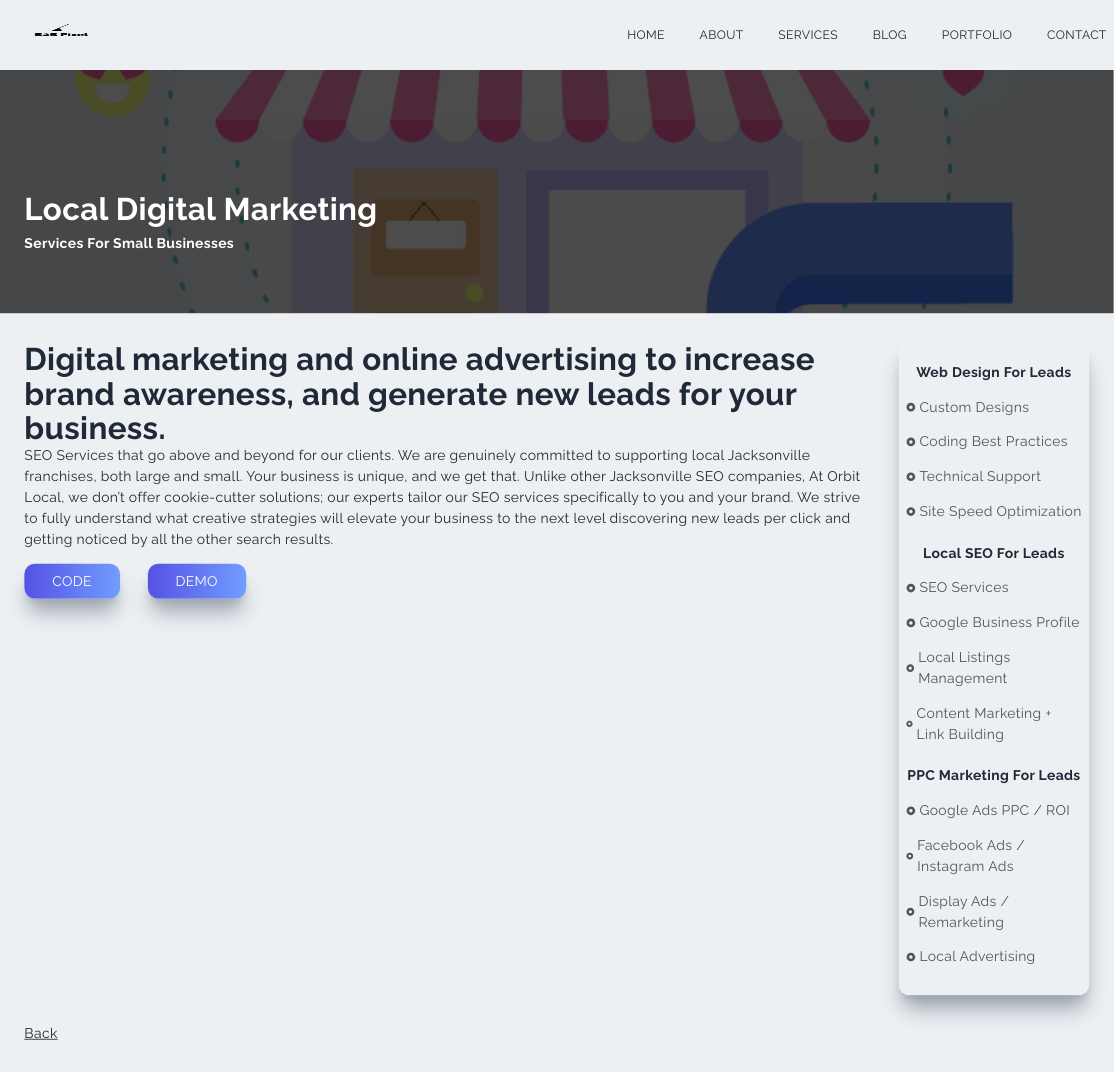
Repository: DID0101/nextjs.b2b
Page: /property
An editor plug-in stored every save of this project. The page is shown before and after the next save, followed by the edit.
The browser window is 1280 px wide. The pictures show the whole page, at 87% of full size.
The project was rebuilt for these pictures with package versions that can differ from the ones it lists, and the page was loaded fresh each time. The framework's server and built-in components were replaced by stand-ins that run in the browser. Also part of the build but not shown: next.config.js.

Above is the page before, as saved 2024-01-22 02:41:41.

### pages/property.jsx
import Image from 'next/image';
import React from 'react';
import propertyImg from '../public/assets/projects/property.jpg';
import { RiRadioButtonFill } from 'react-icons/ri';
import Link from 'next/link';

const property = () => {
  return (
    <div className='w-full'>
      <div className='w-screen h-[50vh] relative'>
        <div className='absolute top-0 left-0 w-full h-[50vh] bg-black/70 z-10' />
        <Image
          className='absolute z-1'
          layout='fill'
          objectFit='cover'
          src={propertyImg}
          alt='/'
        />
        <div className='absolute top-[70%] max-w-[1240px] w-full left-[50%] right-[50%] translate-x-[-50%] translate-y-[-50%] text-white z-10 p-2'>
          <h2 className='py-2'>Local Digital Marketing</h2>
          <h3>Services For Small Businesses</h3>
        </div>
      </div>

      <div className='max-w-[1240px] mx-auto p-2 grid md:grid-cols-5 gap-8 py-8'>
        <div className='col-span-4'>
          {/* <p>Project</p> */}
          <h2>Digital marketing and online advertising to increase brand awareness, and generate new leads for your  business.</h2>
          <p>
          SEO Services that go above and beyond for our clients. We are genuinely committed to supporting local Jacksonville franchises, both large and small. Your business is unique, and we get that. Unlike other Jacksonville SEO companies, At Orbit Local, we don’t offer cookie-cutter solutions; our experts tailor our SEO services specifically to you and your brand. We strive to fully understand what creative strategies will elevate your business to the next level discovering new leads per click and getting noticed by all the other search results.
          </p>
          <a
            href='https://github.com/fireclint/property-finder'
            target='_blank'
            rel='noreferrer'
          >
            <button className='px-8 py-2 mt-4 mr-8'>Code</button>
          </a>
          <a
            href='https://property-finder-development.web.app/'
            target='_blank'
            rel='noreferrer'
          >
            <button className='px-8 py-2 mt-4'>Demo</button>
          </a>
        </div>
        <div className='col-span-4 md:col-span-1 shadow-xl shadow-gray-400 rounded-xl py-4'>
          <div className='p-2'>
            <p className='text-center font-bold pb-2'>Web Design For Leads</p>
            <div className='grid grid-cols-3 md:grid-cols-1'>
              <p className='text-gray-600 py-2 flex items-center'>
                <RiRadioButtonFill className='pr-1' /> Custom Designs
              </p>
              <p className='text-gray-600 py-2 flex items-center'>
                <RiRadioButtonFill className='pr-1' /> Coding Best Practices
              </p>
              <p className='text-gray-600 py-2 flex items-center'>
                <RiRadioButtonFill className='pr-1' /> Technical Support
              </p>
              <p className='text-gray-600 py-2 flex items-center'>
                <RiRadioButtonFill className='pr-1' /> Site Speed Optimization
              </p>

            </div>
          </div>
          <div className='p-2'>
            <p className='text-center font-bold pb-2'>Local SEO For Leads</p>
            <div className='grid grid-cols-3 md:grid-cols-1'>
              <p className='text-gray-600 py-2 flex items-center'>
                <RiRadioButtonFill className='pr-1' /> SEO Services
              </p>
              <p className='text-gray-600 py-2 flex items-center'>
                <RiRadioButtonFill className='pr-1' /> Google Business Profile
              </p>
              <p className='text-gray-600 py-2 flex items-center'>
                <RiRadioButtonFill className='pr-1' /> Local Listings Management
              </p>
              <p className='text-gray-600 py-2 flex items-center'>
                <RiRadioButtonFill className='pr-1' /> Content Marketing + Link Building
              </p>

            </div>
          </div>
          <div className='p-2'>
            <p className='text-center font-bold pb-2'>PPC Marketing For Leads</p>
            <div className='grid grid-cols-3 md:grid-cols-1'>
              <p className='text-gray-600 py-2 flex items-center'>
                <RiRadioButtonFill className='pr-1' /> Google Ads PPC / ROI
              </p>
              <p className='text-gray-600 py-2 flex items-center'>
                <RiRadioButtonFill className='pr-1' /> Facebook Ads / Instagram Ads
              </p>
              <p className='text-gray-600 py-2 flex items-center'>
                <RiRadioButtonFill className='pr-1' /> Display Ads / Remarketing
              </p>
              <p className='text-gray-600 py-2 flex items-center'>
                <RiRadioButtonFill className='pr-1' /> Local Advertising
              </p>

            </div>
          </div>
        </div>


        <Link href='/#projects'>
          <p className='underline cursor-pointer'>Back</p>
        </Link>
      </div>
    </div>
  );
};

export default property;

### components/Navbar.jsx
import Image from 'next/image';
import Link from 'next/link';
import React, { useState, useEffect } from 'react';
import { AiOutlineClose, AiOutlineMail, AiOutlineMenu } from 'react-icons/ai';
import { FaGithub, FaLinkedinIn } from 'react-icons/fa';
import { BsFillPersonLinesFill } from 'react-icons/bs';
// import { useRouter } from 'next/router';
import NavLogo from '../public/assets/navLogo.png'

const Navbar = () => {
  const [nav, setNav] = useState(false);
  const [shadow, setShadow] = useState(false);
  const [navBg, setNavBg] = useState('#ecf0f3');
  const [linkColor, setLinkColor] = useState('#1f2937');
  // const [position, setPosition] = useState('fixed')
  // const router = useRouter();

  // useEffect(() => {
  //   if (
  //     router.asPath === '/property' ||
  //     router.asPath === '/crypto' ||
  //     router.asPath === '/netflix' ||
  //     router.asPath === '/twitch'
  //   ) {
  //     setNavBg('transparent');
  //     setLinkColor('#ecf0f3');
  //   } else {
  //     setNavBg('#ecf0f3');
  //     setLinkColor('#1f2937');
  //   }
  // }, [router]);

  const handleNav = () => {
    setNav(!nav);
  };

  useEffect(() => {
    const handleShadow = () => {
      if (window.scrollY >= 90) {
        setShadow(true);
      } else {
        setShadow(false);
      }
    };
    window.addEventListener('scroll', handleShadow);
  }, []);

  return (
    <div
      style={{ backgroundColor: `${navBg}` }}
      className={
        shadow
          ? 'fixed w-full h-20 shadow-xl z-[100] ease-in-out duration-300'
          : 'fixed w-full h-20 z-[100]'
      }
    >
      <div className='flex justify-between items-center w-full h-full px-2 2xl:px-16'>
        <Link href='/'>
          <a>
            <Image
              src={NavLogo}
              alt='/'
              width='125'
              height='50'
              className='cursor-pointer'
            />
          </a>
        </Link>
        <div>
          <ul style={{ color: `${linkColor}` }} className='hidden md:flex'>
            <li className='ml-10 text-sm uppercase hover:border-b'>
              <Link href='/'>Home</Link>
            </li>
            <li className='ml-10 text-sm uppercase hover:border-b'>
              <Link href='/#about'>About</Link>
            </li>
            <li className='ml-10 text-sm uppercase hover:border-b'>
              <Link href='/#skills'>Services</Link>
            </li>
            <li className='ml-10 text-sm uppercase hover:border-b'>
              <Link href='/#projects'>Blog</Link>
            </li>
            <li className='ml-10 text-sm uppercase hover:border-b'>
              <Link href='/resume'>Portfolio</Link>
            </li>
            <li className='ml-10 text-sm uppercase hover:border-b'>
              <Link href='/#contact'>Contact</Link>
            </li>
          </ul>
          {/* Hamburger Icon */}
          <div
            style={{ color: `${linkColor}` }}
            onClick={handleNav}
            className='md:hidden'
          >
            <AiOutlineMenu size={25} />
          </div>
        </div>
      </div>

      {/* Mobile Menu */}
      {/* Overlay */}
      <div
        className={
          nav ? 'md:hidden fixed left-0 top-0 w-full h-screen bg-black/70' : ''
        }
      >
        {/* Side Drawer Menu */}
        <div
          className={
            nav
              ? ' fixed left-0 top-0 w-[75%] sm:w-[60%] md:w-[45%] h-screen bg-[#ecf0f3] p-10 ease-in duration-500'
              : 'fixed left-[-100%] top-0 p-10 ease-in duration-500'
          }
        >
          <div>
            <div className='flex w-full items-center justify-between'>
              <Link href='/'>
                <a>
                  <Image
                    src={NavLogo}
                    width='87'
                    height='35'
                    alt='/'
                  />
                </a>
              </Link>
              <div
                onClick={handleNav}
                className='rounded-full shadow-lg shadow-gray-400 p-3 cursor-pointer'
              >
                <AiOutlineClose />
              </div>
            </div>
            <div className='border-b border-gray-300 my-4'>
              <p className='w-[85%] md:w-[90%] py-4'>
                Let&#39;s build something legendary together
              </p>
            </div>
          </div>
          <div className='py-4 flex flex-col'>
            <ul className='uppercase'>
              <Link href='/'>
                <li onClick={() => setNav(false)} className='py-4 text-sm'>
                  Home
                </li>
              </Link>
              <Link href='/#about'>
                <li onClick={() => setNav(false)} className='py-4 text-sm'>
                  About
                </li>
              </Link>
              <Link href='/#skills'>
                <li onClick={() => setNav(false)} className='py-4 text-sm'>
                  Skills
                </li>
              </Link>
              <Link href='/#projects'>
                <li onClick={() => setNav(false)} className='py-4 text-sm'>
                  Projects
                </li>
              </Link>
              <Link href='/resume'>
                <li onClick={() => setNav(false)} className='py-4 text-sm'>
                  Resume
                </li>
              </Link>
              <Link href='/#contact'>
                <li onClick={() => setNav(false)} className='py-4 text-sm text-[#ac4d5a]'>
                  Save My Spot
                </li>
              </Link>
            </ul>
            <div className='pt-40'>
              <p className='uppercase tracking-widest text-[#5651e5]'>
                Let&#39;s Connect
              </p>
              <div className='flex items-center justify-between my-4 w-full sm:w-[80%]'>
                <a
                  href='https://www.linkedin.com/in/clint-briley-50056920a/'
                  target='_blank'
                  rel='noreferrer'
                >
                  <div className='rounded-full shadow-lg shadow-gray-400 p-3 cursor-pointer hover:scale-105 ease-in duration-300'>
                    <FaLinkedinIn />
                  </div>
                </a>
                <a
                  href='https://github.com/fireclint'
                  target='_blank'
                  rel='noreferrer'
                >
                  <div className='rounded-full shadow-lg shadow-gray-400 p-3 cursor-pointer hover:scale-105 ease-in duration-300'>
                    <FaGithub />
                  </div>
                </a>
                <Link href='/#contact'>
                  <div
                    onClick={() => setNav(!nav)}
                    className='rounded-full shadow-lg shadow-gray-400 p-3 cursor-pointer hover:scale-105 ease-in duration-300'
                  >
                    <AiOutlineMail />
                  </div>
                </Link>
                <Link href='/resume'>
                  <div
                    onClick={() => setNav(!nav)}
                    className='rounded-full shadow-lg shadow-gray-400 p-3 cursor-pointer hover:scale-105 ease-in duration-300'
                  >
                    <BsFillPersonLinesFill />
                  </div>
                </Link>
              </div>
            </div>
          </div>
        </div>
      </div>
    </div>
  );
};

export default Navbar;

Loaded but not shown: pages/_app.js (common file); pages/_document.js (common file); styles/globals.css (common file); tailwind.config.js (common file)

After the next save:
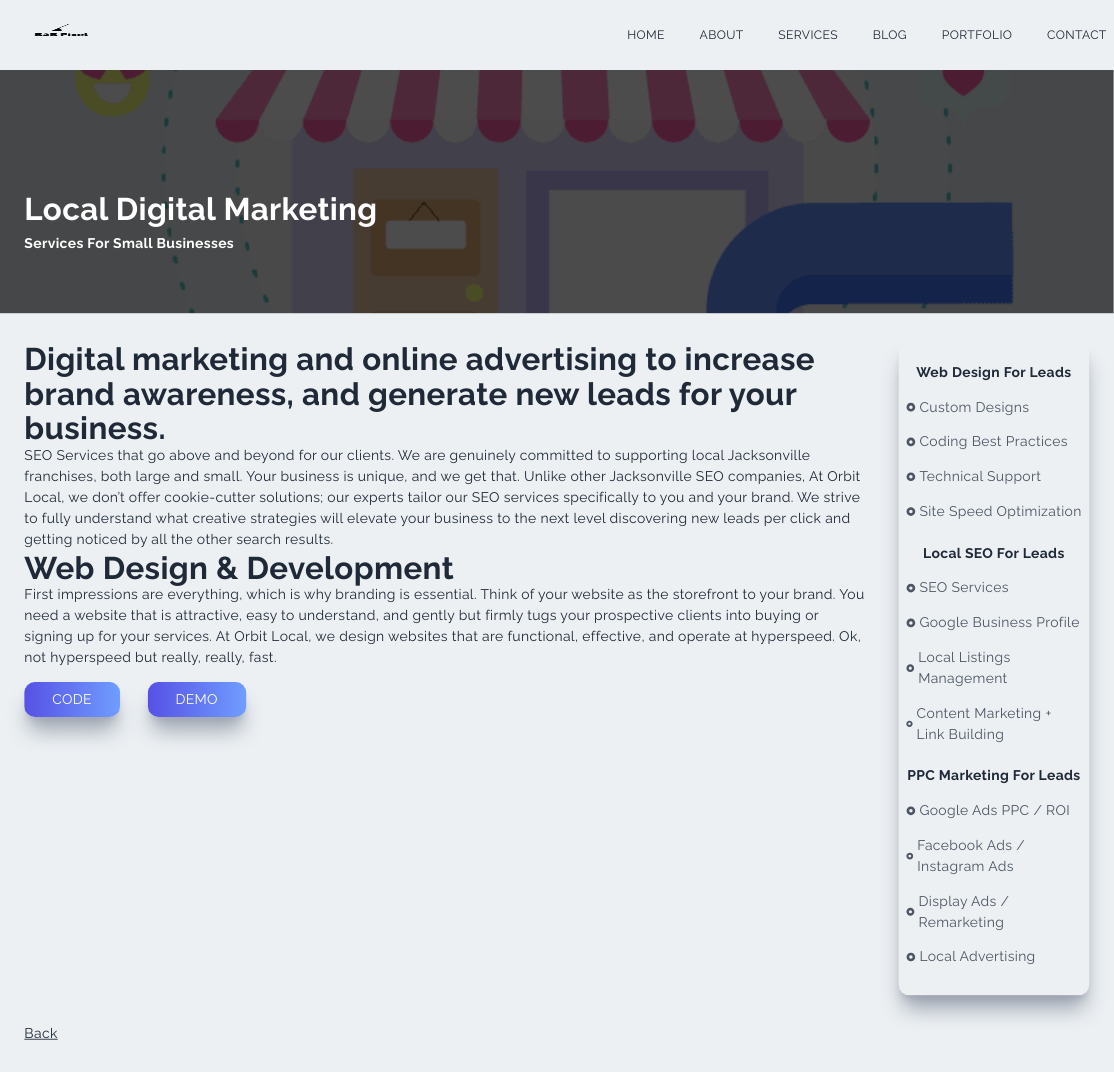
Saved 2 min 12 s later.
--- a/pages/property.jsx
+++ b/pages/property.jsx
@@ -28,6 +28,10 @@
           <h2>Digital marketing and online advertising to increase brand awareness, and generate new leads for your  business.</h2>
           <p>
           SEO Services that go above and beyond for our clients. We are genuinely committed to supporting local Jacksonville franchises, both large and small. Your business is unique, and we get that. Unlike other Jacksonville SEO companies, At Orbit Local, we don’t offer cookie-cutter solutions; our experts tailor our SEO services specifically to you and your brand. We strive to fully understand what creative strategies will elevate your business to the next level discovering new leads per click and getting noticed by all the other search results.
+          </p>
+          <h2>Web Design & Development</h2>
+          <p>
+          First impressions are everything, which is why branding is essential. Think of your website as the storefront to your brand. You need a website that is attractive, easy to understand, and gently but firmly tugs your prospective clients into buying or signing up for your services. At Orbit Local, we design websites that are functional, effective, and operate at hyperspeed. Ok, not hyperspeed but really, really, fast.
           </p>
           <a
             href='https://github.com/fireclint/property-finder'
